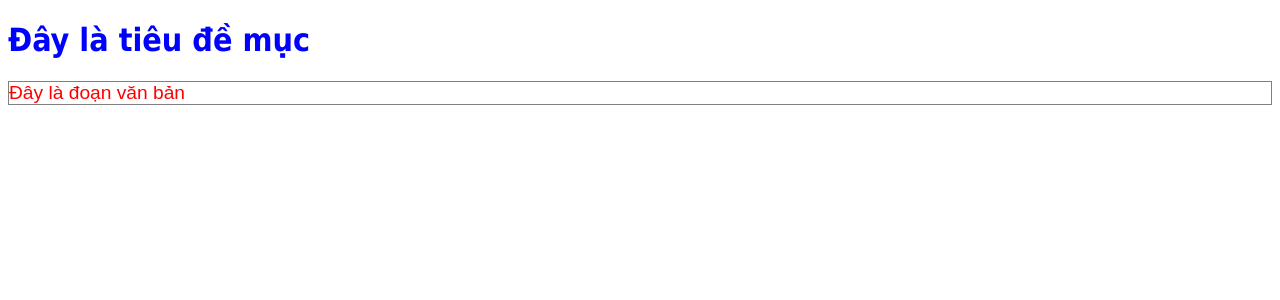
Repository: congle98/CSS_demo1
Page: index.html
The author's editor kept a copy of each file at every save. The page is drawn from the files as they stood at one save, then again after the next save.
The browser window is 1280 px wide. The pictures show the whole page.

Above is the page before, as saved 2021-05-26 11:46:59.

### index.html
<!DOCTYPE html>
<html lang="en">
<head>
    <meta charset="UTF-8">
    <meta http-equiv="X-UA-Compatible" content="IE=edge">
    <meta name="viewport" content="width=device-width, initial-scale=1.0">
    <style>
        h1 {
            color:blue;
            font-family:Tahoma;
            font-size:200%;

        }
        p  {
            color:red;
            font-family:Arial;
            font-size:120%;
            border:1px solid grey;
        }
    </style>
    <title>Title</title>
</head>
<body>
    <h1>Đây là tiêu đề mục</h1>
    <p>Đây là đoạn văn bản</p>
</body>
</html>

After the next save:
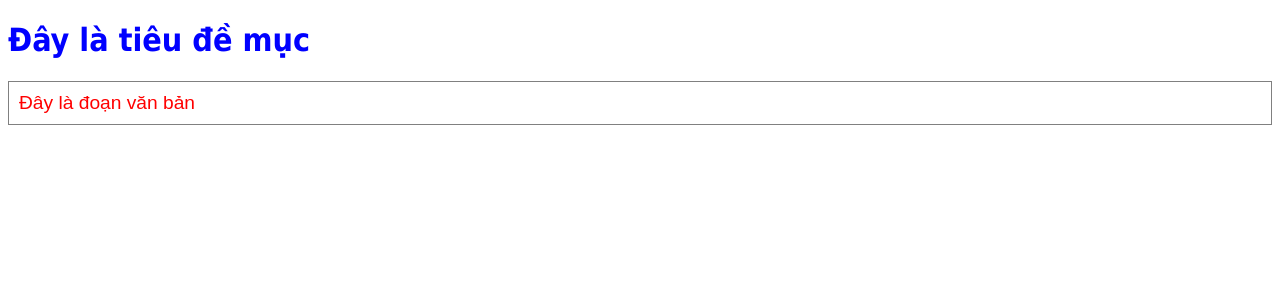
Saved 29 s later.
--- a/index.html
+++ b/index.html
@@ -6,16 +6,18 @@
     <meta name="viewport" content="width=device-width, initial-scale=1.0">
     <style>
         h1 {
-            color:blue;
-            font-family:Tahoma;
-            font-size:200%;
+            color: blue;
+            font-family: Tahoma;
+            font-size: 200%;
 
         }
-        p  {
-            color:red;
-            font-family:Arial;
-            font-size:120%;
-            border:1px solid grey;
+
+        p {
+            color: red;
+            font-family: Arial;
+            font-size: 120%;
+            border: 1px solid grey;
+            padding: 10px;
         }
     </style>
     <title>Title</title>
